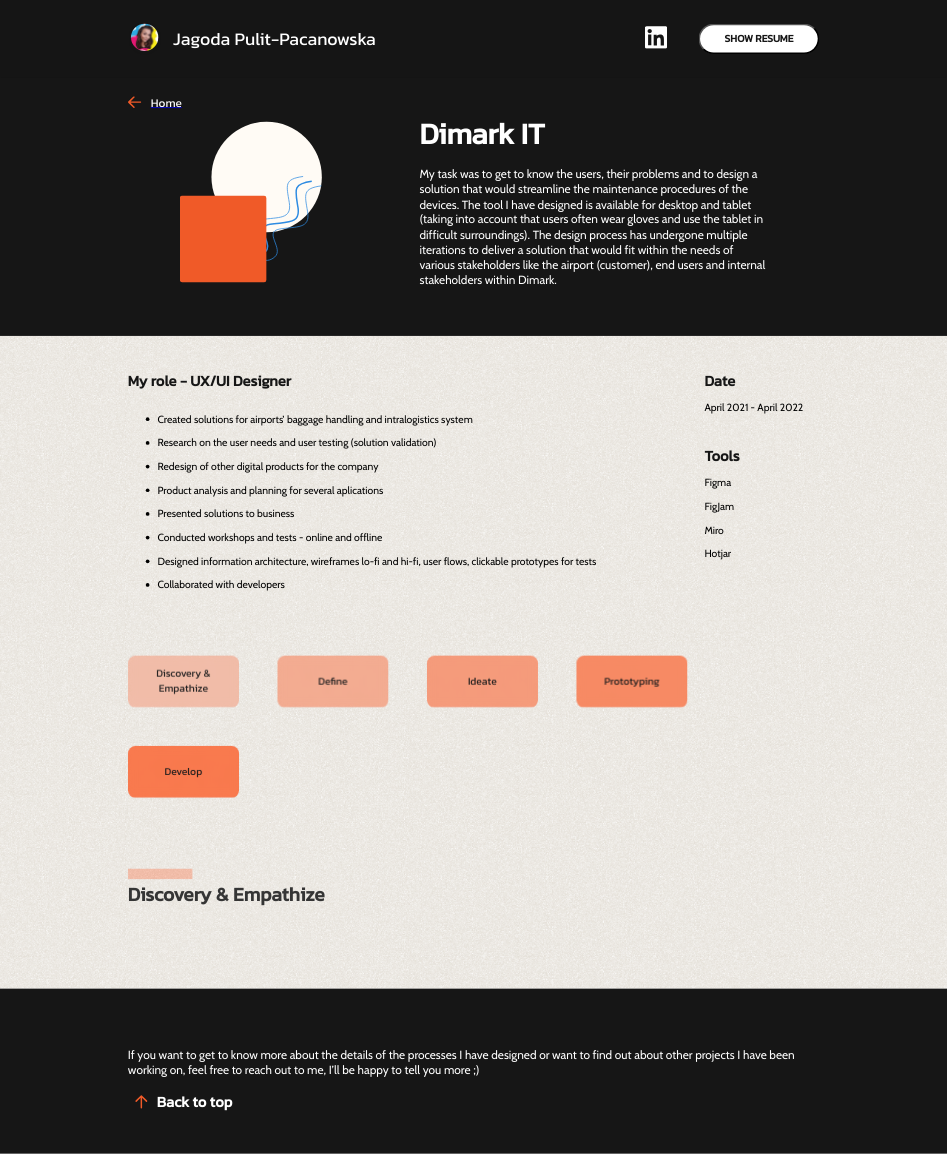
Repository: remigiuszpulit/ux-ui-portfolio
Page: /dimarkit
These files come from the project's save history. The page is drawn as it stood at one moment and after the next save; the edit follows.
The browser window is 1280 px wide. The pictures show the whole page, at 74% of full size.
The project was rebuilt for these pictures with package versions that can differ from the ones it lists, and the page was loaded fresh each time. Also part of the build but not shown: src/components/Card.js, src/pages/index.js.

Above is the page before, as saved 2022-10-03 23:13:35.

### public/index.html
<!DOCTYPE html>
<html lang="en">
  <head>
    <meta charset="utf-8" />
    <link rel="icon" href="%PUBLIC_URL%/avatar.svg" />
    <meta name="viewport" content="width=device-width, initial-scale=1" />
    <meta name="theme-color" content="#000000" />
    <meta
      name="description"
      content="Web site created using create-react-app"
    />
    <link rel="apple-touch-icon" href="%PUBLIC_URL%/avatar.svg" />
    <!--
      manifest.json provides metadata used when your web app is installed on a
      user's mobile device or desktop. See https://developers.google.com/web/fundamentals/web-app-manifest/
    -->
    <link rel="manifest" href="%PUBLIC_URL%/manifest.json" />
    <!--
      Notice the use of %PUBLIC_URL% in the tags above.
      It will be replaced with the URL of the `public` folder during the build.
      Only files inside the `public` folder can be referenced from the HTML.

      Unlike "/favicon.ico" or "favicon.ico", "%PUBLIC_URL%/favicon.ico" will
      work correctly both with client-side routing and a non-root public URL.
      Learn how to configure a non-root public URL by running `npm run build`.
    -->
    <title>Jagoda Pulit UX/UI Portfolio</title>
  </head>
  <body>
    <noscript>You need to enable JavaScript to run this app.</noscript>
    <div id="root"></div>
    <!--
      This HTML file is a template.
      If you open it directly in the browser, you will see an empty page.

      You can add webfonts, meta tags, or analytics to this file.
      The build step will place the bundled scripts into the <body> tag.

      To begin the development, run `npm start` or `yarn start`.
      To create a production bundle, use `npm run build` or `yarn build`.
    -->
  </body>
</html>

### src/index.js
import React from "react";
import ReactDOM from "react-dom/client";
import "./index.css";
import App from "./App";
import reportWebVitals from "./reportWebVitals";

const root = ReactDOM.createRoot(document.getElementById("root"));
root.render(
  // <React.StrictMode>
  <App />
  // </React.StrictMode> */
);

// If you want to start measuring performance in your app, pass a function
// to log results (for example: reportWebVitals(console.log))
// or send to an analytics endpoint. Learn more: https://bit.ly/CRA-vitals
reportWebVitals();

### src/App.js
import { BrowserRouter, Routes, Route, useLocation } from "react-router-dom";
import Navbar from "./components/Navbar";
import GlobalStyle from "./globalStyles";
import Index from "./pages";
import Dimark from "./pages/dimark";

function App() {
  return (
    <>
      <GlobalStyle />
      <BrowserRouter>
        <Navbar />
        <Routes>
          <Route path="/" element={<Index />} />
          <Route path="/dimarkit" element={<Dimark />} />
        </Routes>
      </BrowserRouter>
    </>
  );
}

export default App;

### src/components/Navbar.js
import React from "react";
import styled from "styled-components";
import avatar from "../static/avatar.svg";
import LinkedinIcon from "../static/LinkedinIcon.svg";
import LinkedinIconWhite from "../static/LinkedinIconWhite.svg";
import "@fontsource/kanit";
import { Link, useLocation } from "react-router-dom";

function Navbar() {
  const location = useLocation();
  const isLight = location.pathname !== "/";
  return (
    <NavContainer isLight={isLight}>
      <NavWrapper>
        <ItemsWrapper to={"/"}>
          <img src={avatar} alt="Avatar" />
          <LogoText isLight={isLight}>Jagoda Pulit-Pacanowska</LogoText>
        </ItemsWrapper>
        <ItemsWrapper>
          <a
            href="https://www.linkedin.com/in/jagoda-pulit/"
            target={"_blank"}
            rel="noreferrer"
          >
            <img
              src={isLight ? LinkedinIconWhite : LinkedinIcon}
              alt="LinkedinIcon"
            />
          </a>
          <ResumeButton isLight={isLight}>
            <ResumeButtonText isLight={isLight}>show resume</ResumeButtonText>
          </ResumeButton>
        </ItemsWrapper>
      </NavWrapper>
    </NavContainer>
  );
}

export default Navbar;

const NavContainer = styled.nav`
  height: 105px;
  background: rgba(232, 228, 222, 0.01);
  backdrop-filter: blur(3px);
  position: fixed;
  display: flex;
  width: 100%;
  z-index: 500;

  justify-content: center;
  ${({ isLight }) =>
    isLight &&
    `background: rgba(22, 22, 22, 0.7);

    color: white;
  `}
`;

const NavWrapper = styled.div`
  width: 73%;
  display: flex;
  justify-content: center;
  align-items: center;
  flex-direction: column;
  @media (min-width: 768px) {
    justify-content: space-between;
    flex-direction: row;
    width: 73%;
  }
`;
const ItemsWrapper = styled(Link)`
  display: flex;
  align-items: center;
  text-decoration: none;
`;
const LogoText = styled.h3`
  margin-left: 16px;
  font-family: "Kanit";

  font-style: normal;
  font-weight: 500;
  font-size: 16px;
  @media (min-width: 768px) {
    font-size: 24px;
  }
  line-height: 124%;
  color: #161616;
  ${({ isLight }) =>
    isLight &&
    `

    color: white;
  `}
`;

const ResumeButton = styled.button`
  display: flex;
  flex-direction: row;
  width: 163px;
  height: 41px;
  justify-content: center;
  margin-left: 42px;
  align-items: center;
  padding: 10px;
  background: #161616;
  border-radius: 159px;
  ${({ isLight }) =>
    isLight &&
    `
    background: white;
  `}
`;

const ResumeButtonText = styled.h4`
  font-family: "Kanit";
  font-style: normal;
  font-weight: 600;
  font-size: 14px;
  line-height: 21px;
  /* identical to box height */

  text-transform: uppercase;

  color: #ffffff;

  /* Inside auto layout */
  ${({ isLight }) =>
    isLight &&
    `
    color: #161616;
  `}

  flex: none;
  order: 0;
  flex-grow: 0;
`;

### src/globalStyles.js
import { createGlobalStyle } from "styled-components";

const GlobalStyle = createGlobalStyle`
  /*! normalize.css v8.0.1 | MIT License | github.com/necolas/normalize.css */

/* Document
   ========================================================================== */

/**
 * 1. Correct the line height in all browsers.
 * 2. Prevent adjustments of font size after orientation changes in iOS.
 */

html {
  line-height: 1.15; /* 1 */
  -webkit-text-size-adjust: 100%; /* 2 */
}

/* Sections
   ========================================================================== */

/**
 * Remove the margin in all browsers.
 */

body {
  margin: 0;
}


main {
  display: block;
}


h1 {
  font-size: 2em;
  margin: 0.67em 0;
}

/* Grouping content
   ========================================================================== */

/**
 * 1. Add the correct box sizing in Firefox.
 * 2. Show the overflow in Edge and IE.
 */

hr {
  box-sizing: content-box; /* 1 */
  height: 0; /* 1 */
  overflow: visible; /* 2 */
}



pre {
  font-family: monospace, monospace; /* 1 */
  font-size: 1em; /* 2 */
}

/* Text-level semantics
   ========================================================================== */

/**
 * Remove the gray background on active links in IE 10.
 */

a {
  background-color: transparent;
}

/**
 * 1. Remove the bottom border in Chrome 57-
 * 2. Add the correct text decoration in Chrome, Edge, IE, Opera, and Safari.
 */

abbr[title] {
  border-bottom: none; /* 1 */
  text-decoration: underline; /* 2 */
  text-decoration: underline dotted; /* 2 */
}

/**
 * Add the correct font weight in Chrome, Edge, and Safari.
 */

b,
strong {
  font-weight: bolder;
}


code,
kbd,
samp {
  font-family: monospace, monospace; /* 1 */
  font-size: 1em; /* 2 */
}

/**
 * Add the correct font size in all browsers.
 */

small {
  font-size: 80%;
}



sub,
sup {
  font-size: 75%;
  line-height: 0;
  position: relative;
  vertical-align: baseline;
}

sub {
  bottom: -0.25em;
}

sup {
  top: -0.5em;
}

/* Embedded content
   ========================================================================== */

/**
 * Remove the border on images inside links in IE 10.
 */

img {
  border-style: none;
}

/* Forms
   ========================================================================== */

/**
 * 1. Change the font styles in all browsers.
 * 2. Remove the margin in Firefox and Safari.
 */

button,
input,
optgroup,
select,
textarea {
  font-family: inherit; /* 1 */
  font-size: 100%; /* 1 */
  line-height: 1.15; /* 1 */
  margin: 0; /* 2 */
}

/**
 * Show the overflow in IE.
 * 1. Show the overflow in Edge.
 */

button,
input { /* 1 */
  overflow: visible;
}

/**
 * Remove the inheritance of text transform in Edge, Firefox, and IE.
 * 1. Remove the inheritance of text transform in Firefox.
 */

button,
select { /* 1 */
  text-transform: none;
}

/**
 * Correct the inability to style clickable types in iOS and Safari.
 */

button,
[type="button"],
[type="reset"],
[type="submit"] {
  -webkit-appearance: button;
}

/**
 * Remove the inner border and padding in Firefox.
 */

button::-moz-focus-inner,
[type="button"]::-moz-focus-inner,
[type="reset"]::-moz-focus-inner,
[type="submit"]::-moz-focus-inner {
  border-style: none;
  padding: 0;
}

/**
 * Restore the focus styles unset by the previous rule.
 */

button:-moz-focusring,
[type="button"]:-moz-focusring,
[type="reset"]:-moz-focusring,
[type="submit"]:-moz-focusring {
  outline: 1px dotted ButtonText;
}

/**
 * Correct the padding in Firefox.
 */

fieldset {
  padding: 0.35em 0.75em 0.625em;
}



legend {
  box-sizing: border-box; /* 1 */
  color: inherit; /* 2 */
  display: table; /* 1 */
  max-width: 100%; /* 1 */
  padding: 0; /* 3 */
  white-space: normal; /* 1 */
}

/**
 * Add the correct vertical alignment in Chrome, Firefox, and Opera.
 */

progress {
  vertical-align: baseline;
}

/**
 * Remove the default vertical scrollbar in IE 10+.
 */

textarea {
  overflow: auto;
}

/**
 * 1. Add the correct box sizing in IE 10.
 * 2. Remove the padding in IE 10.
 */

[type="checkbox"],
[type="radio"] {
  box-sizing: border-box; /* 1 */
  padding: 0; /* 2 */
}

/**
 * Correct the cursor style of increment and decrement buttons in Chrome.
 */

[type="number"]::-webkit-inner-spin-button,
[type="number"]::-webkit-outer-spin-button {
  height: auto;
}

/**
 * 1. Correct the odd appearance in Chrome and Safari.
 * 2. Correct the outline style in Safari.
 */

[type="search"] {
  -webkit-appearance: textfield; /* 1 */
  outline-offset: -2px; /* 2 */
}

/**
 * Remove the inner padding in Chrome and Safari on macOS.
 */

[type="search"]::-webkit-search-decoration {
  -webkit-appearance: none;
}



::-webkit-file-upload-button {
  -webkit-appearance: button; /* 1 */
  font: inherit; /* 2 */
}

/* Interactive
   ========================================================================== */

/*
 * Add the correct display in Edge, IE 10+, and Firefox.
 */

details {
  display: block;
}

/*
 * Add the correct display in all browsers.
 */

summary {
  display: list-item;
}

/* Misc
   ========================================================================== */

/**
 * Add the correct display in IE 10+.
 */

template {
  display: none;
}

/**
 * Add the correct display in IE 10.
 */

[hidden] {
  display: none;
}

`;

export default GlobalStyle;

### src/pages/dimark.js
import React from "react";
import styled from "styled-components";
import grafika_dimark from "../static/grafika_dimark.svg";
import PageLayout from "../components/PageLayout";
import Pill from "../components/dimark/Pill";
import Heading2 from "../components/Heading2";

const headParagraph =
  "My task was to get to know the users, their problems and to design a solution that would streamline the maintenance procedures of the devices. The tool I have designed is available for desktop and tablet (taking into account that users often wear gloves and use the tablet in difficult surroundings). The design process has undergone multiple iterations to deliver a solution that would fit within the needs of various stakeholders like the airport (customer), end users and internal stakeholders within Dimark.";

function Dimark() {
  return (
    <>
      <PageLayout
        color={"#F05A28"}
        logo={grafika_dimark}
        head={"Dimark IT"}
        par={headParagraph}
      >
        <FlexContainer>
          <ColumnContainer>
            <Title3>My role - UX/UI Designer</Title3>
            <ul>
              <StyledListItem>
                Created solutions for airports’ baggage handling and
                intralogistics system
              </StyledListItem>
              <StyledListItem>
                Research on the user needs and user testing (solution
                validation)
              </StyledListItem>
              <StyledListItem>
                Redesign of other digital products for the company
              </StyledListItem>
              <StyledListItem>
                Product analysis and planning for several aplications
              </StyledListItem>
              <StyledListItem>Presented solutions to business</StyledListItem>
              <StyledListItem>
                Conducted workshops and tests - online and offline
              </StyledListItem>
              <StyledListItem>
                Designed information architecture, wireframes lo-fi and hi-fi,
                user flows, clickable prototypes for tests
              </StyledListItem>
              <StyledListItem>Collaborated with developers</StyledListItem>
            </ul>
          </ColumnContainer>
          <ColumnContainer>
            <Title3>Date</Title3>
            <TextListStyle style={{ marginBottom: "30px" }}>
              April 2021 - April 2022
            </TextListStyle>
            <Title3>Tools</Title3>
            <TextListStyle>Figma</TextListStyle>
            <TextListStyle>FigJam</TextListStyle>
            <TextListStyle>Miro</TextListStyle>
            <TextListStyle>Hotjar</TextListStyle>
          </ColumnContainer>
        </FlexContainer>
        <CenterContainer>
          <FlexWrapContainer>
            <Pill opacity={0.26} text={"Discovery & Empathize"} />
            <Pill opacity={0.36} text={"Define"} />
            <Pill opacity={0.46} text={"Ideate"} />
            <Pill opacity={0.56} text={"Prototyping"} />
            <Pill opacity={0.66} text={"Develop"} />
          </FlexWrapContainer>
        </CenterContainer>
        <Heading2
          color={"rgba(255, 64, 0, 0.26)"}
          text={"Discovery & Empathize"}
        />
      </PageLayout>
    </>
  );
}

export default Dimark;

const ColumnContainer = styled.div`
  display: flex;
  flex-direction: column;
`;

const CenterContainer = styled.div`
  display: flex;
  justify-content: center;
  margin-bottom: 96px;
`;

const FlexWrapContainer = styled.div`
  display: flex;
  gap: 15px;
  flex-wrap: wrap;
  justify-content: center;
  @media (min-width: 992px) {
    gap: 52px;
    justify-content: flex-start;
  }
`;

const FlexContainer = styled.div`
  display: flex;
  margin-bottom: 64px;
  flex-direction: column;
  @media (min-width: 992px) {
    flex-direction: row;
    gap: 146px;
  }
`;

const Title3 = styled.h3`
  font-family: "Kanit";
  font-style: normal;
  font-weight: 700;
  font-size: 20px;
  margin: unset;
  line-height: 40px;
  /* identical to box height, or 200% */

  /* Black */

  color: #161616;
`;
const StyledListItem = styled.li`
  font-family: "Cabin";
  font-style: normal;
  font-weight: 400;
  font-size: 14px;
  margin: unset;
  line-height: 32px;
  /* or 229% */

  color: #000000;
`;

const TextListStyle = styled.p`
  font-family: "Cabin";
  font-style: normal;
  font-weight: 400;
  font-size: 14px;
  line-height: 32px;
  margin: unset;
  /* or 229% */

  color: #000000;
`;

const Paragraph = styled.p`
  font-family: "Cabin";
  font-style: normal;
  font-weight: 400;
  font-size: 16px;
  line-height: 24px;
  /* or 150% */

  color: #1c1c1c;
`;

### src/components/PageLayout.js
import React, { useRef } from "react";
import styled from "styled-components";
import BackgroundLight from "../static/BackgroundLight.png";
import PageHead from "../components/PageHead";
import Footer from "./Footer";

function PageLayout({ color, logo, head, par, children }) {
  const ref = useRef(null);
  return (
    <>
      <PageHead ref={ref} color={color} logo={logo} head={head} par={par} />
      <Page>
        <Container>{children}</Container>
      </Page>
      <Footer color={color} to={ref} />
    </>
  );
}

export default PageLayout;
const Page = styled.div`
  display: flex;
  justify-content: center;
  background-image: url(${BackgroundLight});
`;

const Container = styled.div`
  width: 73%;
  padding-top: 40px;
  padding-bottom: 100px;
`;

### src/components/dimark/Pill.js
import React from "react";
import styled from "styled-components";

function Pill({ opacity, text }) {
  const color = `rgba(255, 64, 0, ${opacity})`;

  return (
    <Box style={{ background: color }}>
      <Text>{text}</Text>
    </Box>
  );
}

export default Pill;

const Box = styled.div`
  display: flex;
  flex-direction: column;
  justify-content: center;
  align-items: center;
  padding: 25px;
  width: 100px;
  height: 20px;
  gap: 10px;
  z-index: 0;
  backdrop-filter: blur(5.5px);
  /* Note: backdrop-filter has minimal browser support */

  border-radius: 10px;
`;

const Text = styled.p`
  font-family: "Kanit";
  font-style: normal;
  font-weight: 500;
  font-size: 14px;
  line-height: 20px;
  /* or 250% */

  text-align: center;

  color: #1c1c1c;

  /* Inside auto layout */

  flex: none;
  order: 0;
  flex-grow: 0;
`;

### src/components/Heading2.js
import React from "react";
import styled from "styled-components";

function Heading2({ text, color }) {
  return (
    <Container>
      <Line style={{ border: `7px solid ${color}` }} />
      <Text>{text}</Text>
    </Container>
  );
}

export default Heading2;

const Container = styled.div`
  display: flex;
  flex-direction: column;
  margin-bottom: 8px;
`;

const Line = styled.div`
  width: 73px;
  height: 0px;
`;

const Text = styled.h2`
  /* H2 */

  font-family: "Kanit";
  font-style: normal;
  margin: unset;
  font-weight: 700;
  font-size: 26px;
  line-height: 40px;
  /* identical to box height, or 154% */

  /* Dark gray */

  color: #353535;
`;

### src/components/PageHead.js
import React from "react";
import { Link } from "react-router-dom";
import styled from "styled-components";
import ArrowLeft from "./ArrowLeft";

const PageHead = React.forwardRef(({ color, logo, head, par }, ref) => (
  <Container ref={ref}>
    <Wrapper>
      <BackLink to={"/"}>
        <ArrowLeft color={color} />
        <BackLinkText>Home</BackLinkText>
      </BackLink>
      <HeadContainer>
        <HeadWrapper>
          <ImageContainer src={logo} />
          <TextContainer>
            <HeadText>{head}</HeadText>
            <HeadPar>{par}</HeadPar>
          </TextContainer>
        </HeadWrapper>
      </HeadContainer>
    </Wrapper>
  </Container>
));

export default PageHead;

const Container = styled.div`
  display: flex;
  justify-content: center;

  background-color: #161616;
  padding-top: 150px;
  @media (min-width: 768px) {
    padding-top: 105px;
  }
`;

const Wrapper = styled.div`
  padding-top: 21px;
  width: 73%;
  display: flex;
  flex-direction: column;
`;

const BackLink = styled(Link)`
  display: flex;
  align-items: center;
`;

const BackLinkText = styled.span`
  font-family: "Kanit";
  font-style: normal;
  font-weight: 300;
  font-size: 16px;
  line-height: 24px;
  text-decoration: none;
  margin-left: 13px;
  /* identical to box height */

  color: #ffffff;
`;

const HeadContainer = styled.div`
  display: flex;
  justify-content: center;
`;

const HeadWrapper = styled.div`
  width: 100%;
  display: flex;
  flex-direction: column-reverse;
  gap: 20px;
  margin-bottom: 24px;

  @media (min-width: 992px) {
    width: 85%;
    flex-direction: row;
    justify-content: center;
    gap: 100px;
    margin-bottom: 48px;
  }
`;

const ImageContainer = styled.img`
  max-height: 250px;
`;

const TextContainer = styled.div`
  display: flex;
  flex-direction: column;
  align-items: flex-start;
`;

const HeadText = styled.h1`
  font-family: "Kanit";
  font-style: normal;
  font-weight: 700;
  font-size: 40px;
  margin: unset;
  line-height: 60px;
  /* identical to box height */

  text-align: center;

  color: #ffffff;
`;

const HeadPar = styled.p`
  font-family: "Cabin";
  font-style: normal;
  font-weight: 500;
  font-size: 16px;
  line-height: 128%;
  max-width: 670px;
  /* or 20px */

  color: #ffffff;
`;

### src/components/Footer.js
import React from "react";
import styled from "styled-components";
import ArrowUp from "./ArrowUp";

function Footer({ color, to }) {
  console.log(to);
  return (
    <Container>
      <Wrapper>
        <Text>
          If you want to get to know more about the details of the processes I
          have designed or want to find out about other projects I have been
          working on, feel free to reach out to me, I’ll be happy to tell you
          more ;)
        </Text>
        <Button
          onClick={() => to.current.scrollIntoView({ behavior: "smooth" })}
        >
          <ArrowUp color={color} />
          <ButtonText>Back to top</ButtonText>
        </Button>
      </Wrapper>
    </Container>
  );
}

export default Footer;

const Container = styled.div`
  background: #161616;
  padding-top: 64px;
  padding-bottom: 54px;
  display: flex;
  justify-content: center;
`;

const Wrapper = styled.div`
  width: 73%;
  display: flex;
  flex-direction: column;
`;

const Text = styled.p`
  font-family: "Cabin";
  font-style: normal;
  font-weight: 500;
  font-size: 16px;
  line-height: 128%;
  /* or 20px */

  color: #ffffff;
`;

const Button = styled.button`
  background: none;
  border: none;
  display: flex;
  align-items: center;
  cursor: pointer;
`;

const ButtonText = styled.span`
  font-family: "Kanit";
  font-style: normal;
  font-weight: 600;
  margin-left: 9px;
  font-size: 20px;
  line-height: 30px;
  /* identical to box height */

  color: #ffffff;
`;

### src/components/ArrowLeft.js
import React from "react";

function ArrowLeft({ color }) {
  return (
    <svg
      width="18"
      height="16"
      viewBox="0 0 18 16"
      fill="none"
      xmlns="http://www.w3.org/2000/svg"
    >
      <path
        d="M1 8L17 8M8 1L1 8L8 15"
        stroke={`${color}`}
        stroke-width="2"
        stroke-linecap="round"
        stroke-linejoin="round"
      />
    </svg>
  );
}

export default ArrowLeft;

### src/components/ArrowUp.js
import React from "react";

function ArrowUp({ color }) {
  return (
    <svg
      width="24"
      height="24"
      viewBox="0 0 24 24"
      fill="none"
      xmlns="http://www.w3.org/2000/svg"
    >
      <path
        d="M12 4L12 20M19 11L12 4L5 11"
        stroke={`${color}`}
        stroke-width="2"
        stroke-linecap="round"
        stroke-linejoin="round"
      />
    </svg>
  );
}

export default ArrowUp;

Loaded but not shown: src/index.css (common file); src/reportWebVitals.js (common file)

After the next save:
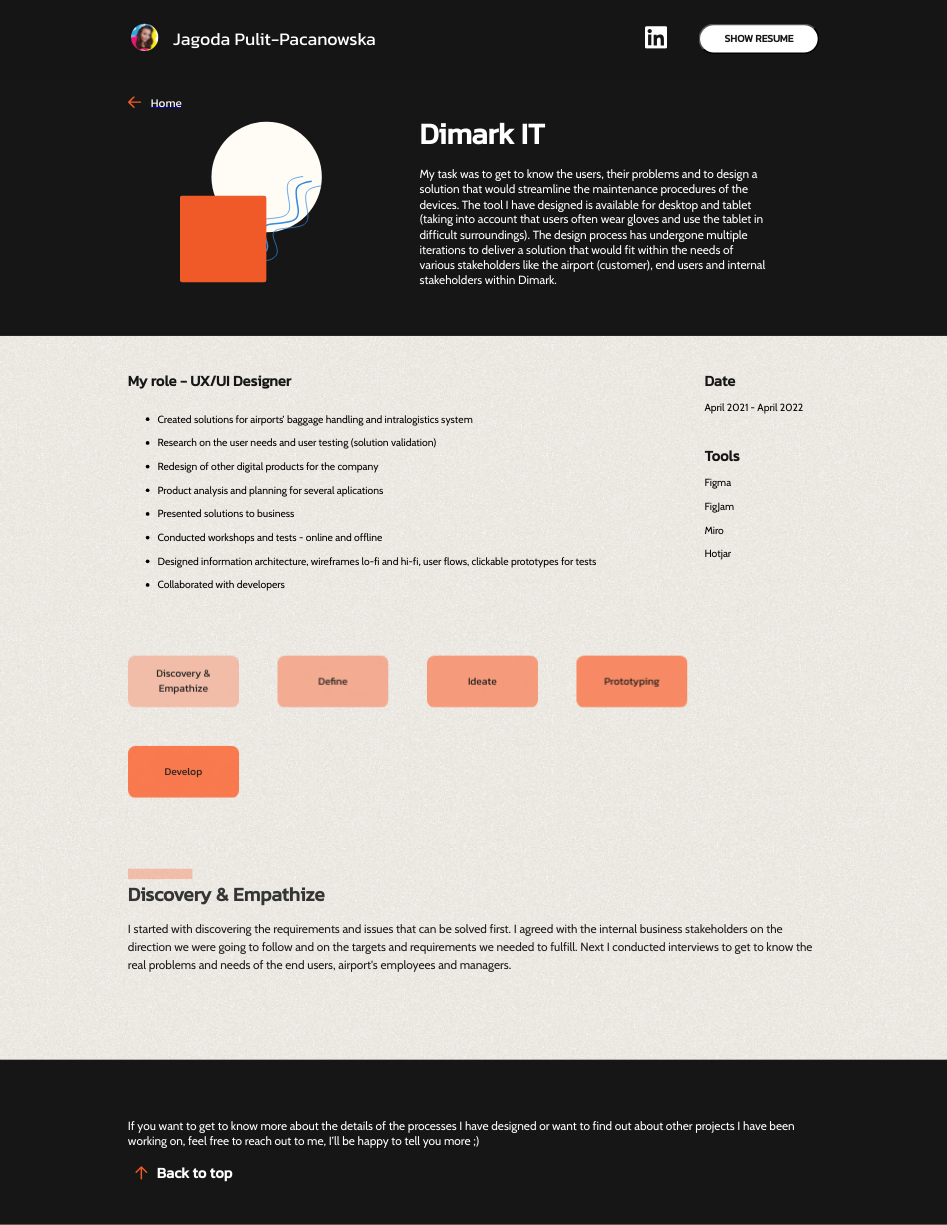
Saved 20 s later.
--- a/src/pages/dimark.js
+++ b/src/pages/dimark.js
@@ -71,6 +71,14 @@
           color={"rgba(255, 64, 0, 0.26)"}
           text={"Discovery & Empathize"}
         />
+        <Paragraph>
+          I started with discovering the requirements and issues that can be
+          solved first. I agreed with the internal business stakeholders on the
+          direction we were going to follow and on the targets and requirements
+          we needed to fulfill. Next I conducted interviews to get to know the
+          real problems and needs of the end users, airport's employees and
+          managers.
+        </Paragraph>
       </PageLayout>
     </>
   );
